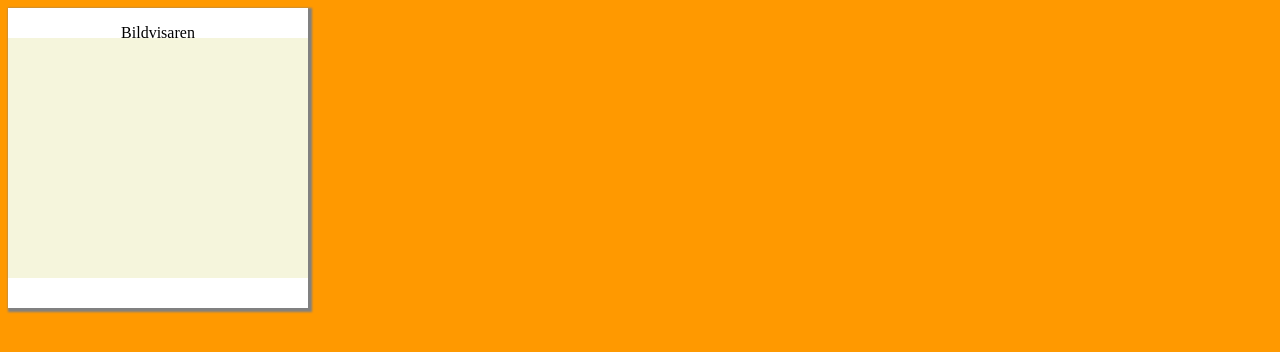
Repository: mi222ep/1dv403-laborationer
Page: 5-projektet/index.html
The author's editor kept a record of every edit. The page is drawn from the files as they stood at one moment, then again after the next edit.
The browser window is 1280 px wide. The pictures show the whole page.
The page's requests for data from a server got no answer.

Above is the page before.

After the next edit:
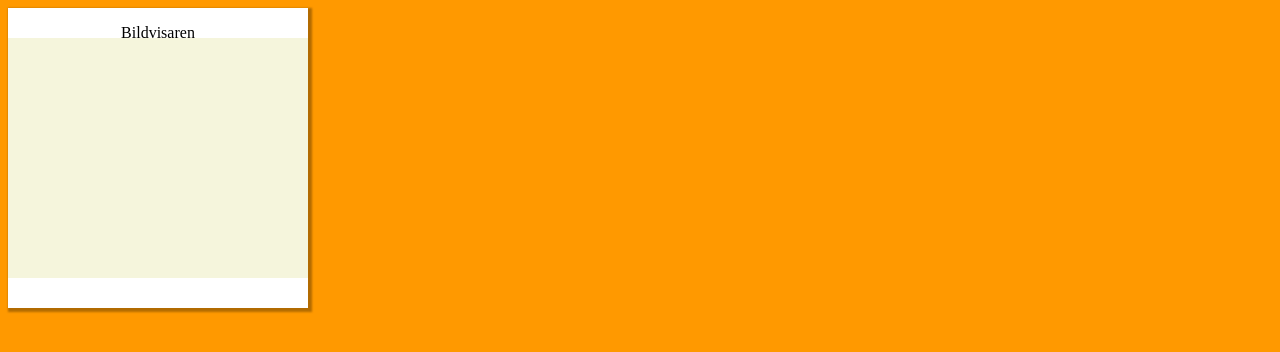
The edit:
--- a/5-projektet/css/style.css
+++ b/5-projektet/css/style.css
@@ -61,7 +61,7 @@
     height: 300px;
     background-color: beige;
     position: relative;
-    box-shadow: 2px 2px 2px 2px gray;
+    box-shadow: 2px 2px 2px 2px rgba(0,0,0,0.3);
 }
 .topBar{
     background-color: white;
